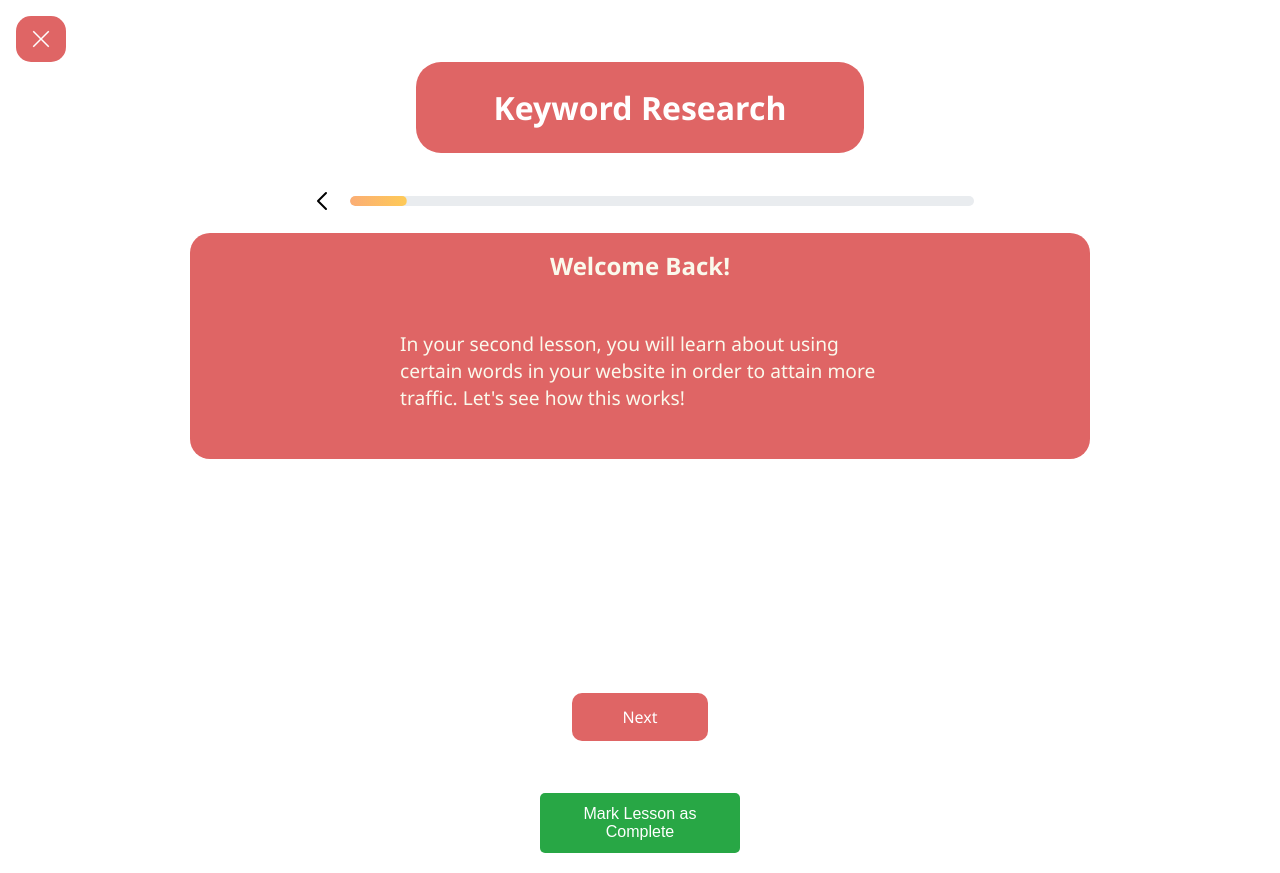
Repository: Duskofnight/code-website
Page: intro-to-seo/keyword-research.html
The author's editor kept a copy of each file at every save. The page is drawn from the files as they stood at one save, then again after a run of saves.
The browser window is 1280 px wide. The pictures show the whole page.

Above is the page before, as saved 2025-08-13 18:29:19.

### intro-to-seo/keyword-research.html
 <!DOCTYPE html>
  <html lang="en">
  <head>
    <meta charset="UTF-8">
    <meta name="viewport" content="width=device-width, initial-scale=1.0">
    <title>Keyword Research</title>
    <link rel="stylesheet" href="lessons-styles.css">
    <link href="https://fonts.googleapis.com/css2?family=Inter:wght@100..900&display=swap" rel="stylesheet">
  </head>

  <body>

        <div class="escape">

          <a href="/intro-to-seo.html" class="escape-link">
            <svg xmlns="http://www.w3.org/2000/svg" height="100%" viewBox="0 0 24 24" fill="none" class="h-6"><path fill="currentColor" d="m20.28 4.78-1.06-1.06L12 10.94 4.78 3.72 3.72 4.78 10.94 12l-7.22 7.22 1.06 1.06L12 13.06l7.22 7.22 1.06-1.06L13.06 12l7.22-7.22Z"></path></svg>

          </a>
          <h3>Keyword Research</h3>
        </div>
        <div class="header">
        <svg class="previous" width="32" height="32" viewBox="0 0 32 32" xmlns="http://www.w3.org/2000/svg" onclick="previousSlide()" style="cursor: pointer;">
          <path d="M20 8L12 16L20 24" stroke="black" stroke-width="2" fill="none" stroke-linecap="round" stroke-linejoin="round"/>
        </svg>
        <div class="progress-container">
          <div class="progress-fill" id="progressFill"></div>
        </div>
      </div>


        <div id="app">


        <div id="one" class="page active">
          <div class="main">
            <h3 class="subtitle">Welcome Back!</h3>
            <p class="caption">In your second lesson, you will learn about using certain words in your website in order to attain more traffic. Let's see how this works!

            </p>
          </div>


            <p class="continue" onclick="nextSlide()">Next</p>

        </div>


        <div id="two" class="page">
          <div class="main">
            <div class="caption">
              <h2 class="subtitle">What is Keyword Research?</h2>
              <img id= "keyword-research-img" src= "https://github.com/Duskofnight/codemate-assets/blob/main/m0ssiq6m.png?raw=true" alt="keyword-research-image">
                <p>
                It’s the process of finding the words and phrases people type into search engines that relate to your topic. <br><br><strong>Keywords</strong> are the foundation of <strong>SEO</strong>. If you write about something that no one searches for, you’ll get little to no traffic.
                </p>
            </div>
          </div>


            <p class="continue" onclick="nextSlide()">Next</p>


        </div>


        <div id="three" class="page">
          <div class="main">
            <h3 class="subtitle">Why it Matters</h3>
            <p class="caption">
              <strong>Keyword research</strong> ensures there’s actual demand for your content.<br><br> For example, publishing an article on a topic no one searches for means zero visitors.<br><br> Good <strong>keyword research</strong> helps you target terms that attract your ideal audience.
          </p>
          </div>


            <p class="continue" onclick="nextSlide()">Next</p>

        </div>

        <div id="four" class="page">
          <div class="main">
            <h3 class="subtitle coffee">How to do it:</h3>
            <img id="cup-of-coffee" src= "https://github.com/Duskofnight/codemate-assets/blob/main/q44d4tra.png?raw=true" alt="Cup of Coffee">
            <p class="caption">
              Start with a few seed <strong>keywords</strong> – broad terms for your niche (genre of your website).<br><br> Plug them into <strong>keyword</strong> tools (e.g. Google Keyword Planner, Ubersuggest).<br><br> These tools generate related <strong>keyword</strong> ideas along with search volume and competition data.<br><br> For example, if you sell coffee machines, seeds like “coffee” or “espresso” can give you longer, more specific searches like “best espresso machine under $200.”<br><br>
          </p>
          </div>


            <p class="continue" onclick="nextSlide()">Next</p>

        </div>

        <div id="five" class="page">
          <div class="main">
            <h3 class="subtitle web-crawler">Long-tail Keywords</h3>
            <img id="running-shoes" src="https://github.com/Duskofnight/codemate-assets/blob/main/t5wcufpd.png?raw=true" alt= "Running Shoes">

            <p class="caption">
              These are longer, more specific phrases (e.g. “best running shoes for flat feet”). <br><br>They usually have less search volume but are easier to rank for and often match a clearer search intent. Using many <strong>long-tail</strong> <strong>keywords</strong> can bring in highly targeted traffic.
          </p>
          </div>


            <p class="continue" onclick="nextSlide()">Next</p>

        </div>

        <div id="six" class="page">
          <div class="main">
            <h3 class="subtitle">Quick Tip:</h3>
            <p class="caption">
              Consider why someone is searching. Are they looking for information, to navigate to a site, or to buy something?<br><br> Tailor your <strong>keywords</strong> to match their intent (e.g. “how to tie a tie” is informational, “buy silk tie online” is transactional).
          </p>
          </div>


            <p class="continue" onclick="nextSlide()">Next</p>

        </div>

        <div id="seven" class="page multiple-choice">
          <div class="main">
            <h3 class="subtitle">Multiple Choice</h3>
            <div class="quiz-container">

                <div class="question">Which is a Long-Tail Keyword?</div>

                <div class="card-options" id="quiz1">
                    <div class="option-card" data-answer="a">
                        <div class="option-letter">A</div>
                        <div class="option-text">Shoes</div>
                    </div>
                    <div class="option-card" data-answer="b">
                        <div class="option-letter">B</div>
                        <div class="option-text">Best running shoes for flat feet</div>
                    </div>
                    <div class="option-card" data-answer="c">
                        <div class="option-letter">C</div>
                        <div class="option-text">Running shoes</div>
                    </div>
                    <div class="option-card" data-answer="d">
                        <div class="option-letter">D</div>
                        <div class="option-text">Shoe store</div>
                    </div>
                </div>

                <div class="feedback" id="feedback1"></div>
                <div class="quiz-actions">
                    <button class="btn" onclick="checkAnswer('quiz1', 'b', 'feedback1')">Submit Answer</button>
                    <button class="btn" onclick="resetQuiz('quiz1', 'feedback1')">Try Again</button>
                </div>
            </div>
          </div>


            <p class="continue" onclick="nextSlide()">Next</p>

        </div>

        <div id="eight" class="page fill-in-the-blank">
        <div class="main-fill-in-the-blank">
          <h3 class="subtitle-fill-in-the-blank">Fill in the Blank</h3>
          <div class="quiz-container">
            <h1 class="quiz-title">Keyword Research Helps you Target Terms With Existing ____ ____ So That Your Content Can Attract Visitors.</h1>

            <div class="instruction-box">
              <span class="instruction-icon">💡</span>
              <span class="instruction-text">Drag the correct words from below into the blanks to complete:</span>
            </div>

            <div class="sentence-container">
              <div class="sentence">
                <div class="drop-zone" data-position="2" ondrop="drop(event)" ondragover="allowDrop(event)"></div>
                <div class="drop-zone" data-position="3" ondrop="drop(event)" ondragover="allowDrop(event)"></div>
              </div>
            </div>

            <div class="word-bank">
              <div class="draggable-word" draggable="true" ondragstart="drag(event)" onclick="clickWord(this)" data-word="Target">Target</div>
              <div class="draggable-word" draggable="true" ondragstart="drag(event)" onclick="clickWord(this)" data-word="Demand">Demand</div>
              <div class="draggable-word" draggable="true" ondragstart="drag(event)" onclick="clickWord(this)" data-word="Marketing">Marketing</div>
              <div class="draggable-word" draggable="true" ondragstart="drag(event)" onclick="clickWord(this)" data-word="Consumer">Consumer</div>
              <div class="draggable-word" draggable="true" ondragstart="drag(event)" onclick="clickWord(this)" data-word="Supply">Supply</div>
              <div class="draggable-word" draggable="true" ondragstart="drag(event)" onclick="clickWord(this)" data-word="Customer">Customer</div>
              <div class="draggable-word" draggable="true" ondragstart="drag(event)" onclick="clickWord(this)" data-word="Search">Search</div>
            </div>

            <div class="action-buttons">
              <button class="btn btn-submit" onclick="submitAnswer()">Submit Answer</button>
              <button class="btn btn-reset" onclick="tryAgain()">Try Again</button>
            </div>

            <div class="feedback" id="feedback"></div>
          </div>
        </div>


          <p class="continue" onclick="nextSlide()">Next</p>

      </div>


        <div id="nine" class="page">
          <div class="main">
            <h3 class="subtitle reflection-keyword">Reflection</h3>
            <svg id="light-bulb-icon"
                xmlns="http://www.w3.org/2000/svg"
                viewBox="0 0 24 24"
                width="60" height="60"
                fill="none"
                stroke="white"
                stroke-width="2"
                stroke-linecap="round"
                stroke-linejoin="round"
                style="display:block; margin:0 auto;">
            <path d="M9 18h6M10 21h4M12 2C8.13 2 5 5.13 5 9c0 2.38 1.19 4.47 3 5.74V17h8v-2.26c1.81-1.27 3-3.36 3-5.74 0-3.87-3.13-7-7-7z"/>
            </svg>




            <p class="caption-keyword-reflection caption">
              Think of a hobby or product you like. What <strong>keywords</strong> or questions might someone search to find information about it? <br><br>How could you use those <strong>keywords</strong> in your page title and content?

          </p>
          </div>


            <p class="continue" onclick="nextSlide()">Next</p>

        </div>

            <div id="ten" class="page">
          <div class="main">
            <h3 class="subtitle">Recap</h3>
            <ul class="caption-recap">
            <li><strong>Keyword research</strong> = finding what people actually search for to bring traffic.</li>
            <li>Use tools + seed <strong>keywords</strong> to discover related & long-tail phrases.</li>
            <li>Long-tail = specific, lower competition, highly targeted visitors.</li>
            <li>Match search intent (informational, navigational, or transactional).</li>
          </ul>
          </div>



            <p class="continue" onclick="nextSlide()">Next</p>

        </div>


        <div id="end" class="page">
          <div class="main">
            <h3 class="subtitle">Lesson Completed!</h3>
                <p class= "caption">Great work on completing this lesson. We will continue diving into the fascinating world of SEO. Keep working to complete this course!</p>
          </div>



            <a href="/intro-to-seo.html" class="continue" onclick="nextSlide()">Next</a>

        </div>
      </div>

      <script src="keyword-research.js"></script>
      <script>
document.addEventListener('DOMContentLoaded', function() {
    // CHANGE THIS ID for each lesson page:
    const currentLessonId = 'seo-introduction'; // ← Change this for each page

    // Create completion button
    const completeButton = document.createElement('button');
    completeButton.textContent = 'Mark Lesson as Complete';
    completeButton.style.cssText = `
        background-color: #28a745;
        color: white;
        padding: 12px 24px;
        border: none;
        border-radius: 5px;
        cursor: pointer;
        font-size: 16px;
        margin: 20px auto;
        display: block;
        width: 200px;
    `;

    completeButton.addEventListener('click', function() {
        // Mark lesson as complete
        if (window.parent !== window) {
            window.parent.postMessage({
                type: 'lesson-completed',
                lessonId: currentLessonId
            }, '*');
        }

        completeButton.disabled = true;
        completeButton.textContent = 'Lesson Completed!';
        completeButton.style.backgroundColor = '#6c757d';
    });

    // Add button to the page
    document.body.appendChild(completeButton);
});
</script>

  </body>
  </html>

Loaded but not shown: intro-to-seo/keyword-research.js (377 lines, source omitted); seo-progress-tracker.js (264 lines, source omitted); intro-to-seo/lessons-styles.css (749 lines, source omitted)

After the next 2 saves:
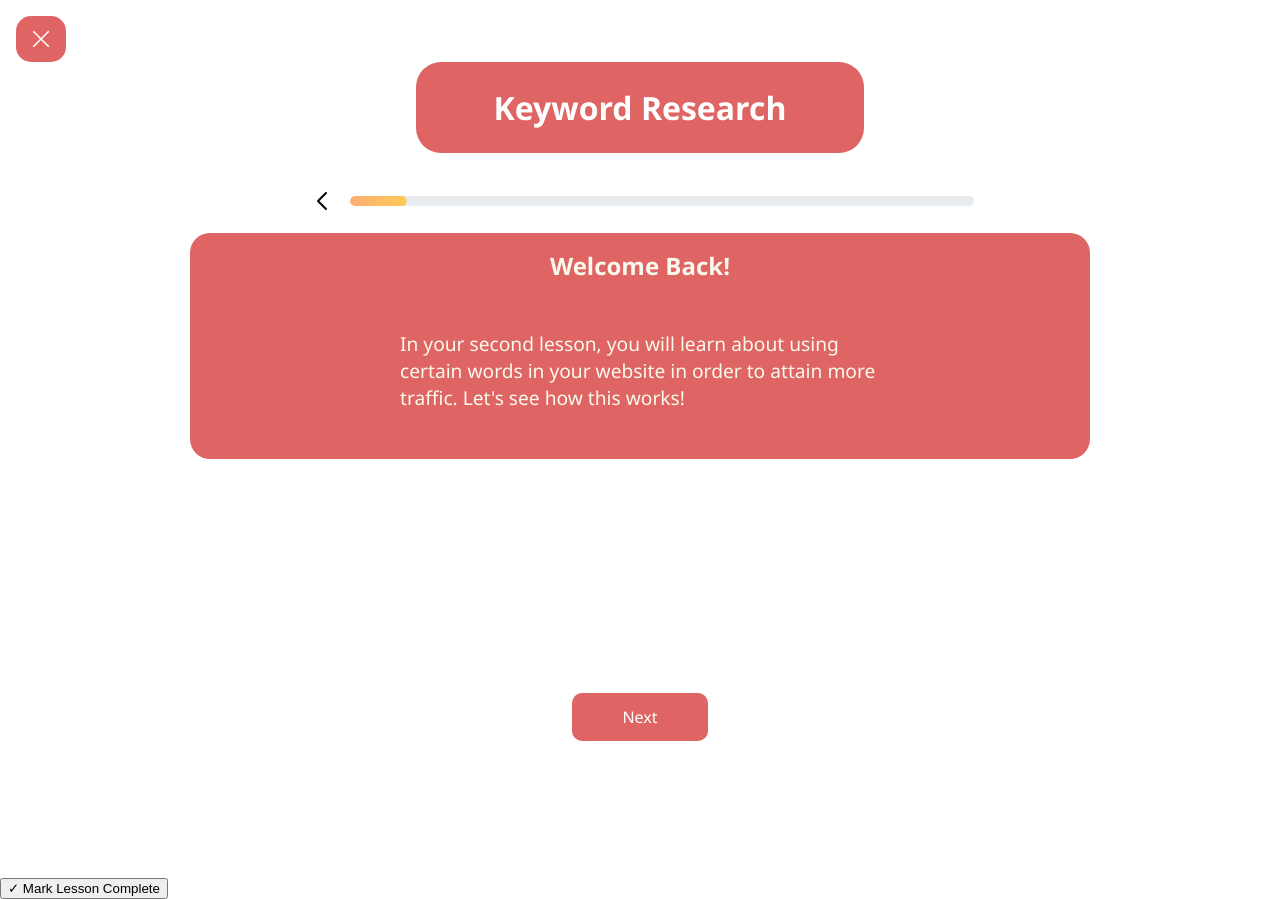
The 2 saves are shown as one change because they came seconds apart.
The last was saved 11 s later.
--- a/intro-to-seo/keyword-research.html
+++ b/intro-to-seo/keyword-research.html
@@ -262,44 +262,39 @@
       </div>
 
       <script src="keyword-research.js"></script>
-      <script>
+      <script src="/seo-progress-tracker.js"></script>
+<script>
 document.addEventListener('DOMContentLoaded', function() {
-    // CHANGE THIS ID for each lesson page:
-    const currentLessonId = 'seo-introduction'; // ← Change this for each page
-
-    // Create completion button
-    const completeButton = document.createElement('button');
-    completeButton.textContent = 'Mark Lesson as Complete';
-    completeButton.style.cssText = `
-        background-color: #28a745;
-        color: white;
-        padding: 12px 24px;
-        border: none;
-        border-radius: 5px;
-        cursor: pointer;
-        font-size: 16px;
-        margin: 20px auto;
-        display: block;
-        width: 200px;
+    // Change this lesson ID for each page:
+    const lessonId = 'introduction'; // Use 'keyword' for keyword-research.html, etc.
+
+    // Add completion button at the end of lesson content
+    const completionSection = document.createElement('div');
+    completionSection.className = 'lesson-completion-section';
+    completionSection.innerHTML = `
+        <h4>Lesson Complete?</h4>
+        <p>Click the button below when you've finished reading this lesson.</p>
+        <button id="complete-lesson-btn" class="complete-lesson-btn" onclick="markComplete('${lessonId}')">
+            ✓ Mark Lesson Complete
+        </button>
     `;
 
-    completeButton.addEventListener('click', function() {
-        // Mark lesson as complete
-        if (window.parent !== window) {
-            window.parent.postMessage({
-                type: 'lesson-completed',
-                lessonId: currentLessonId
-            }, '*');
-        }
-
-        completeButton.disabled = true;
-        completeButton.textContent = 'Lesson Completed!';
-        completeButton.style.backgroundColor = '#6c757d';
-    });
-
-    // Add button to the page
-    document.body.appendChild(completeButton);
+    // Add to page (adjust selector as needed)
+    document.body.appendChild(completionSection);
 });
+
+async function markComplete(lessonId) {
+    if (window.seoProgressTracker) {
+        await window.seoProgressTracker.markLessonCompleted(lessonId);
+        document.getElementById('complete-lesson-btn').innerHTML = '✓ Completed!';
+        document.getElementById('complete-lesson-btn').disabled = true;
+
+        // Redirect back to course page after 2 seconds
+        setTimeout(() => {
+            window.location.href = '../intro-to-seo.html';
+        }, 2000);
+    }
+}
 </script>
 
   </body>
